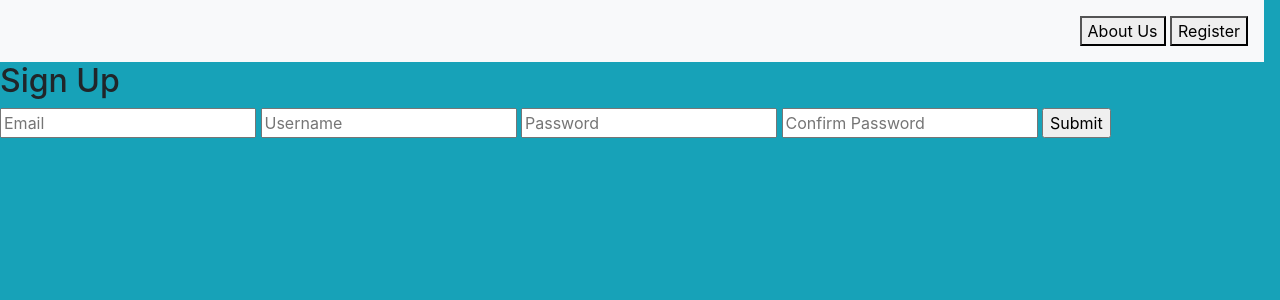
Repository: rodwestmoreland/1150
Page: registrationForm/index.html
An editor plug-in stored every save of this project. The page is shown before and after the next save, followed by the edit.
The browser window is 1280 px wide. The pictures show the whole page.

Above is the page before, as saved 2021-01-25 14:20:44.

### registrationForm/index.html
<!DOCTYPE html>
<html lang="en">
<head>
    <meta charset="UTF-8">
    <meta name="viewport" content="width=device-width, initial-scale=1.0,  shrink-to-fit=no">
    <title>Registration</title>
    <link rel="stylesheet" href="https://stackpath.bootstrapcdn.com/bootstrap/4.3.1/css/bootstrap.min.css" integrity="sha384-ggOyR0iXCbMQv3Xipma34MD+dH/1fQ784/j6cY/iJTQUOhcWr7x9JvoRxT2MZw1T" crossorigin="anonymous">
    <link rel="stylesheet" href="style.css">

</head>
<nav class="bg-light p-3 mr-3 text-right">
    <button>About Us    </button>
    <button>Register    </button>
</nav>
<body class="bg-info">


    <div class="formWrapper">
        <form>
            <h2>Sign Up</h2>
            <input type="text" id="email"    placeholder="Email">
            <input type="text" id="username" placeholder="Username">
            <input type="text" id="password" placeholder="Password">
            <input type="text" id="confirm"  placeholder="Confirm Password">
            <input type="submit" name="Submit">
        </form>

    </div>
    <script src="https://code.jquery.com/jquery-3.3.1.slim.min.js" integrity="sha384-q8i/X+965DzO0rT7abK41JStQIAqVgRVzpbzo5smXKp4YfRvH+8abtTE1Pi6jizo" crossorigin="anonymous"></script>
    <script src="https://cdnjs.cloudflare.com/ajax/libs/popper.js/1.14.7/umd/popper.min.js" integrity="sha384-UO2eT0CpHqdSJQ6hJty5KVphtPhzWj9WO1clHTMGa3JDZwrnQq4sF86dIHNDz0W1" crossorigin="anonymous"></script>
    <script src="https://stackpath.bootstrapcdn.com/bootstrap/4.3.1/js/bootstrap.min.js" integrity="sha384-JjSmVgyd0p3pXB1rRibZUAYoIIy6OrQ6VrjIEaFf/nJGzIxFDsf4x0xIM+B07jRM" crossorigin="anonymous"></script>
  </body>
</body>
</html>

Loaded but not shown: registrationForm/style.css (no stored copy; drawn as an empty file)

After the next save:
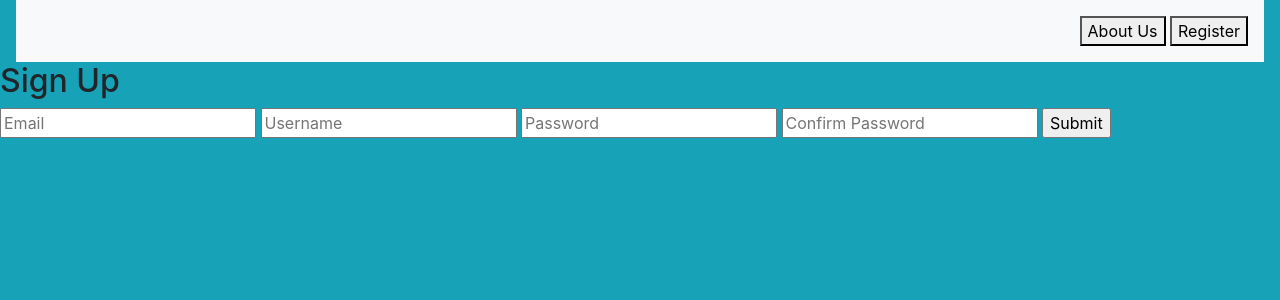
Saved 22 s later.
--- a/registrationForm/index.html
+++ b/registrationForm/index.html
@@ -8,7 +8,7 @@
     <link rel="stylesheet" href="style.css">
 
 </head>
-<nav class="bg-light p-3 mr-3 text-right">
+<nav class="bg-light p-3 ml-3 mr-3 text-right">
     <button>About Us    </button>
     <button>Register    </button>
 </nav>
